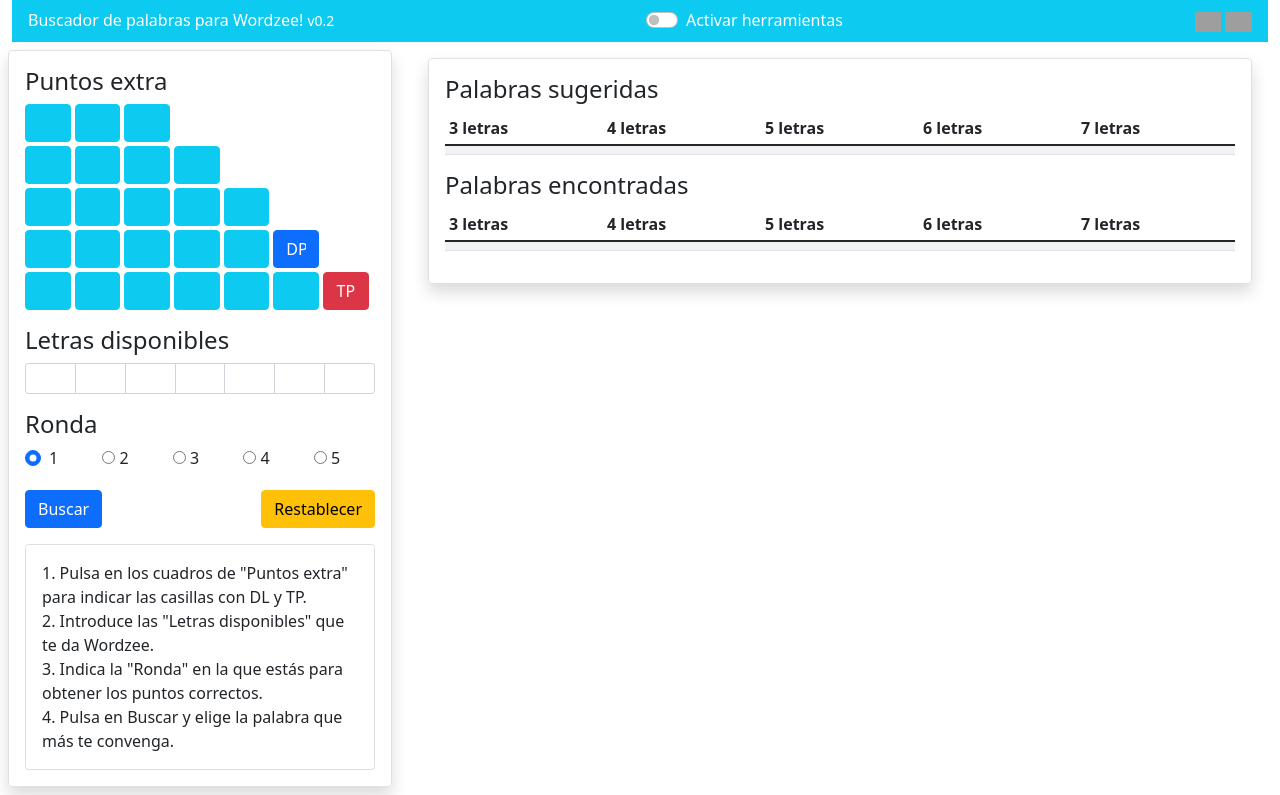
Repository: angelcafe/wordzee-bp_javascript
Page: index.html
The author's editor kept a copy of each file at every save. The page is drawn from the files as they stood at one save, then again after the next save.
The browser window is 1280 px wide. The pictures show the whole page.
Pictures or frames that could not be fetched are drawn as grey boxes.

Above is the page before, as saved 2021-10-22 23:12:57.

### index.html
<!DOCTYPE html>
<html lang="es">

<head>
    <meta charset="UTF-8">
    <meta name="viewport" content="width=device-width, initial-scale=1">
    <meta http-equiv="Expires" content="0">
    <meta http-equiv="Last-Modified" content="0">
    <meta http-equiv="Cache-Control" content="no-cache, mustrevalidate">
    <meta http-equiv="Pragma" content="no-cache">
    <link rel="icon" href="favicon.ico" type="image/ico" />
    <link rel="stylesheet" href="https://cdn.jsdelivr.net/npm/bootstrap@5.1.3/dist/css/bootstrap.min.css" integrity="sha384-1BmE4kWBq78iYhFldvKuhfTAU6auU8tT94WrHftjDbrCEXSU1oBoqyl2QvZ6jIW3" crossorigin="anonymous">
    <link rel="stylesheet" href="https://cdn.jsdelivr.net/npm/bootstrap-icons@1.5.0/font/bootstrap-icons.css">
    <link rel="stylesheet" href="index.css">
    <title>Busca palabras</title>
</head>

<body>
    <div class="container-fluid">
        <!-- Cabecera -->
        <nav class="nav d-flex justify-content-between bg-info">
            <li class="nav-item">
                <span class="nav-link text-white">Buscador de palabras para Wordzee! <small>v0.2</small></span>
            </li>
            <li class="nav-item">
                <div class="nav-link text-white form-check form-switch">
                    <input class="form-check-input" type="checkbox" role="switch" id="idActivarHerramientas">
                    <label class="form-check-label" for="idActivarHerramientas">Activar herramientas</label>
                </div>
            </li>
            <li class="nav-item">
                <span class="nav-link">
                    <a href="https://www.facebook.com/BuscaPalabras-para-Wordzee-106324508497974" target="_blank"><img src="https://upload.wikimedia.org/wikipedia/commons/5/51/Facebook_f_logo_%282019%29.svg" height="20"></a>
                    <a href="https://t.me/buscadorwordzee" target="_blank"><img src="https://upload.wikimedia.org/wikipedia/commons/thumb/8/83/Telegram_2019_Logo.svg/2048px-Telegram_2019_Logo.svg.png" height="20"></a>
                </span>
            </li>
        </nav>
        <div class="row">
            <!-- Principal -->
            <div class="col border shadow rounded m-2 p-3 principal">
                <form name="principal" method="POST">
                    <div id="idPuntosExtra">
                        <h4>Puntos extra</h4>
                        <div class="p-0 mb-1">
                            <input type="text" name="pal3let1" class="btn btn-info" value="" readonly>
                            <input type="text" name="pal3let2" class="btn btn-info" value="" readonly>
                            <input type="text" name="pal3let3" class="btn btn-info" value="" readonly>
                        </div>
                        <div class="p-0 mb-1">
                            <input type="text" name="pal4let1" id="pal4let1" class="btn btn-info" value="" readonly>
                            <input type="text" name="pal4let2" id="pal4let2" class="btn btn-info" value="" readonly>
                            <input type="text" name="pal4let3" id="pal4let3" class="btn btn-info" value="" readonly>
                            <input type="text" name="pal4let4" id="pal4let4" class="btn btn-info" value="" readonly>
                        </div>
                        <div class="p-0 mb-1">
                            <input type="text" name="pal5let1" id="pal5let1" class="btn btn-info" value="" readonly>
                            <input type="text" name="pal5let2" id="pal5let2" class="btn btn-info" value="" readonly>
                            <input type="text" name="pal5let3" id="pal5let3" class="btn btn-info" value="" readonly>
                            <input type="text" name="pal5let4" id="pal5let4" class="btn btn-info" value="" readonly>
                            <input type="text" name="pal5let5" id="pal5let5" class="btn btn-info" value="" readonly>
                        </div>
                        <div class="p-0 mb-1">
                            <input type="text" name="pal6let1" id="pal6let1" class="btn btn-info" value="" readonly>
                            <input type="text" name="pal6let2" id="pal6let2" class="btn btn-info" value="" readonly>
                            <input type="text" name="pal6let3" id="pal6let3" class="btn btn-info" value="" readonly>
                            <input type="text" name="pal6let4" id="pal6let4" class="btn btn-info" value="" readonly>
                            <input type="text" name="pal6let5" id="pal6let5" class="btn btn-info" value="" readonly>
                            <input type="text" name="pal6let6" id="pal6let6" class="btn btn-info" value="" readonly>
                        </div>
                        <div class="p-0 mb-3">
                            <input type="text" name="pal7let1" id="pal7let1" class="btn btn-info" value="" readonly>
                            <input type="text" name="pal7let2" id="pal7let2" class="btn btn-info" value="" readonly>
                            <input type="text" name="pal7let3" id="pal7let3" class="btn btn-info" value="" readonly>
                            <input type="text" name="pal7let4" id="pal7let4" class="btn btn-info" value="" readonly>
                            <input type="text" name="pal7let5" id="pal7let5" class="btn btn-info" value="" readonly>
                            <input type="text" name="pal7let6" id="pal7let6" class="btn btn-info" value="" readonly>
                            <input type="text" name="pal7let7" id="pal7let7" class="btn btn-info" value="" readonly>
                        </div>
                    </div>
                    <div id="idLetrasDisponibles">
                        <h4>Letras disponibles</h4>
                        <div class="input-group input-group-sm mb-3" id="letras">
                            <input type="text" name="letra1" size="1" maxlength="1" autocomplete="off" required="required" class="form-control text-uppercase" value="">
                            <input type="text" name="letra2" size="1" maxlength="1" autocomplete="off" required="required" class="form-control text-uppercase" value="">
                            <input type="text" name="letra3" size="1" maxlength="1" autocomplete="off" required="required" class="form-control text-uppercase" value="">
                            <input type="text" name="letra4" size="1" maxlength="1" autocomplete="off" required="required" class="form-control text-uppercase" value="">
                            <input type="text" name="letra5" size="1" maxlength="1" autocomplete="off" required="required" class="form-control text-uppercase" value="">
                            <input type="text" name="letra6" size="1" maxlength="1" autocomplete="off" required="required" class="form-control text-uppercase" value="">
                            <input type="text" name="letra7" size="1" maxlength="1" autocomplete="off" required="required" class="form-control text-uppercase" value="">
                        </div>
                    </div>
                    <div id="idRonda">
                        <h4>Ronda</h4>
                        <div class="form-check form-check-inline mb-3">
                            <input type="radio" name="ronda" value="1" class="form-check-input" checked>
                            <label class="form-check-label" for="idRonda1">1</label>
                        </div>
                        <div class="form-check form-check-inline mb-3">
                            <input type="radio" name="ronda" value="2" class="custom-control-input">
                            <label class="custom-control-label" for="idRonda2">2</label>
                        </div>
                        <div class="form-check form-check-inline mb-3">
                            <input type="radio" name="ronda" value="3" class="custom-control-input">
                            <label class="custom-control-label" for="idRonda3">3</label>
                        </div>
                        <div class="form-check form-check-inline mb-3">
                            <input type="radio" name="ronda" value="4" class="custom-control-input">
                            <label class="custom-control-label" for="idRonda4">4</label>
                        </div>
                        <div class="form-check form-check-inline mb-3">
                            <input type="radio" name="ronda" value="5" class="custom-control-input">
                            <label class="custom-control-label" for="idRonda5">5</label>
                        </div>
                        <div class="btn-toolbar justify-content-between mt-1">
                            <button type="submit" class="btn btn-primary">Buscar</button>
                            <button type="button" onclick="restablecer()" class="btn btn-warning">Restablecer</button>
                        </div>
                    </div>
                </form>
                <div class="card mt-3">
                    <div class="card-body">
                        1. Pulsa en los cuadros de "Puntos extra" para indicar las casillas con DL y TP.
                        <br>
                        2. Introduce las "Letras disponibles" que te da Wordzee.
                        <br>
                        3. Indica la "Ronda" en la que estás para obtener los puntos correctos.
                        <br>
                        4. Pulsa en Buscar y elige la palabra que más te convenga.
                    </div>
                </div>
            </div>
            <!-- Herramientas -->
            <div class="col border col m-3 p-3 shadow rounded d-none">
                <div class="herramientas">
                    <h4>Herramientas</h4>
                    <form class="row">
                        <div class="col">Palabra nueva:</div>
                        <div class="col">
                            <input name="palabraGuardar" id="palabraGuardar" type="text" minlength="3" maxlength="7" autocomplete="off" required="required" class="form-control text-uppercase" value="">
                        </div>
                        <div class="col">
                            <button id="idGuardar" type="button" class="btn btn-primary">Guardar</button>
                        </div>
                    </form>
                    <form class="row mt-3">
                        <div class="col">Borrar palabra:</div>
                        <div class="col">
                            <input name="palabraBorrar" id="palabraBorrar" type="text" minlength="3" maxlength="7" autocomplete="off" required="required" class="form-control text-uppercase" value="">
                        </div>
                        <div class="col">
                            <button id="idBorrar" type="button" class="btn btn-danger">Borrar</button>
                        </div>
                    </form>
                    <form class="row mt-3">
                        <div class="col">Exportar JSON:</div>
                        <div class="col"></div>
                        <div class="col">
                            <button type="button" onclick="palabras.exportar()" class="btn btn-primary">Exportar</button>
                        </div>
                    </form>
                    <form class="row mt-3">
                        <div class="col">Importar JSON:</div>
                        <div class="col custom-file">
                            <input type="file" class="custom-file-input" accept=".json" id="formFile" required="required">
                            <label class="custom-file-label" for="formFile" data-browse="Elegir"></label>
                        </div>
                        <div class="col input-group-append">
                            <button type="button" class="btn btn-warning" onclick="palabras.importar()">Importar</button>
                        </div>
                    </form>
                </div>
            </div>
        <!-- Palabras sugeridas -->
            <div class="col">
            <div class="border col m-3 p-3 shadow rounded">
                <h4>Palabras sugeridas</h4>
                <table class="table table-sm table-striped table-hover">
                    <thead>
                        <tr>
                            <th>3 letras</th>
                            <th>4 letras</th>
                            <th>5 letras</th>
                            <th>6 letras</th>
                            <th>7 letras</th>
                        </tr>
                    </thead>
                    <tbody>
                        <tr>
                            <td class="noselect"></td>
                            <td class="noselect"></td>
                            <td class="noselect"></td>
                            <td class="noselect"></td>
                            <td class="noselect"></td>
                        </tr>
                    </tbody>
                </table>
                <!-- Palabras encontradas -->
                <h4>Palabras encontradas</h4>
                <table class="table table-sm table-striped table-hover">
                    <thead>
                        <tr>
                            <th>3 letras</th>
                            <th>4 letras</th>
                            <th>5 letras</th>
                            <th>6 letras</th>
                            <th>7 letras</th>
                        </tr>
                    </thead>
                    <tbody>
                        <tr>
                            <td class="menu palenc noselect"></td>
                            <td class="menu palenc noselect"></td>
                            <td class="menu palenc noselect"></td>
                            <td class="menu palenc noselect"></td>
                            <td class="menu palenc noselect"></td>
                        </tr>
                    </tbody>
                </table>
            </div>
        </div>
    </div>
    <div id="modalAlert" class="modal fade" tabindex="-1">
        <div class="modal-dialog">
            <div class="modal-content">
                <div class="modal-header">
                    <h5 class="modal-title"></h5>
                    <button type="button" class="close" data-dismiss="modal" aria-label="Close"></button>
                </div>
                <div class="modal-body">
                    <p>Importación finalizada.</p>
                </div>
                <div class="modal-footer">
                    <button type="button" class="close" data-dismiss="modal" aria-label="Cerrar">
                        <span aria-hidden="true">&times;</span>
                    </button>
                </div>
            </div>
        </div>
    </div>
    <div id="menu">
        <div>
            <i class="bi bi-eraser-fill"></i> Borrar <span id="idBorrarPalabra"></span> de la Base de Datos
        </div>
    </div>
    <script src="https://cdn.jsdelivr.net/npm/bootstrap@5.1.3/dist/js/bootstrap.bundle.min.js" integrity="sha384-ka7Sk0Gln4gmtz2MlQnikT1wXgYsOg+OMhuP+IlRH9sENBO0LRn5q+8nbTov4+1p" crossorigin="anonymous"></script>
    <script src="index.js"></script>
</body>

</html>

### index.css
.herramientas {
    max-width: 26em;
    min-width: 24em;
}
.noselect {
    -webkit-touch-callout: none; /* iOS Safari */
    -webkit-user-select: none; /* Safari */
    -khtml-user-select: none; /* Konqueror HTML */
    -moz-user-select: none; /* Firefox */
    -ms-user-select: none; /* Internet Explorer/Edge */
    user-select: none; /* Non-prefixed version, currently
    supported by Chrome and Opera */
}
.palenc {
    cursor: pointer;
}
.principal {
    max-width: 24em;
    min-width: 24em;
}
.rosa {
    background-color: pink;
}
#idPuntosExtra input {
    width: 13%;
}
#idBorrarPalabra,
#idBotonBuscaPalabras {
    cursor: pointer;
}
#menu {
    position: absolute;
    display: none;
    padding: 0px;
    font-family: sans-serif;
    font-size: 15px;
    background: #fff;
    color: #555;
    border: 1px solid #C6C6C6;
    -webkit-transition: opacity .5s ease-in-out;
    -moz-transition: opacity .5s ease-in-out;
    transition: opacity .5s ease-in-out;
    -webkit-box-shadow: 2px 2px 2px 0px rgba(143, 144, 145, 1);
    -moz-box-shadow: 2px 2px 2px 0px rgba(143, 144, 145, 1);
    box-shadow: 2px 2px 2px 0px rgba(143, 144, 145, 1);
}
#menu div {
    display: block;
    color: #555;
    text-decoration: none;
    padding: 6px 8px 6px 8px;
    width: 294px;
    position: relative;
}
#menu div img,
#menu div i.fa {
    height: 20px;
    font-size: 17px;
    width: 20px;
    position: absolute;
    left: 5px;
    top: 2px;
}
#menu span:hover {
    color: #fff;
    background: #69a0f1;
}
#menu span {
    font-weight: bold;
}

Loaded but not shown: index.js (203 lines, source omitted)

After the next save:
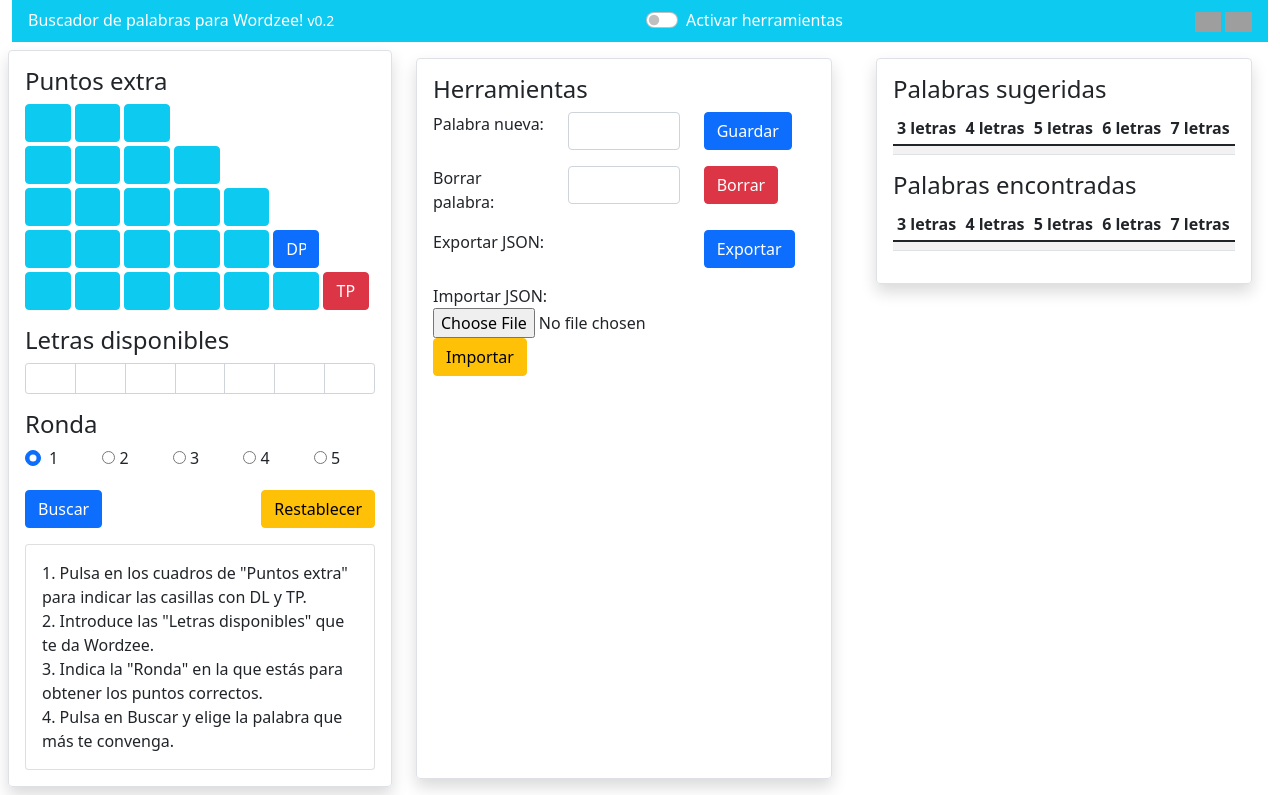
Saved 41 s later.
--- a/index.html
+++ b/index.html
@@ -130,8 +130,8 @@
                 </div>
             </div>
             <!-- Herramientas -->
-            <div class="col border col m-3 p-3 shadow rounded d-none">
-                <div class="herramientas">
+            <div class="col border col m-3 p-3 shadow rounded herramientas">
+                <div id="idHerramientas">
                     <h4>Herramientas</h4>
                     <form class="row">
                         <div class="col">Palabra nueva:</div>

After the save that followed:
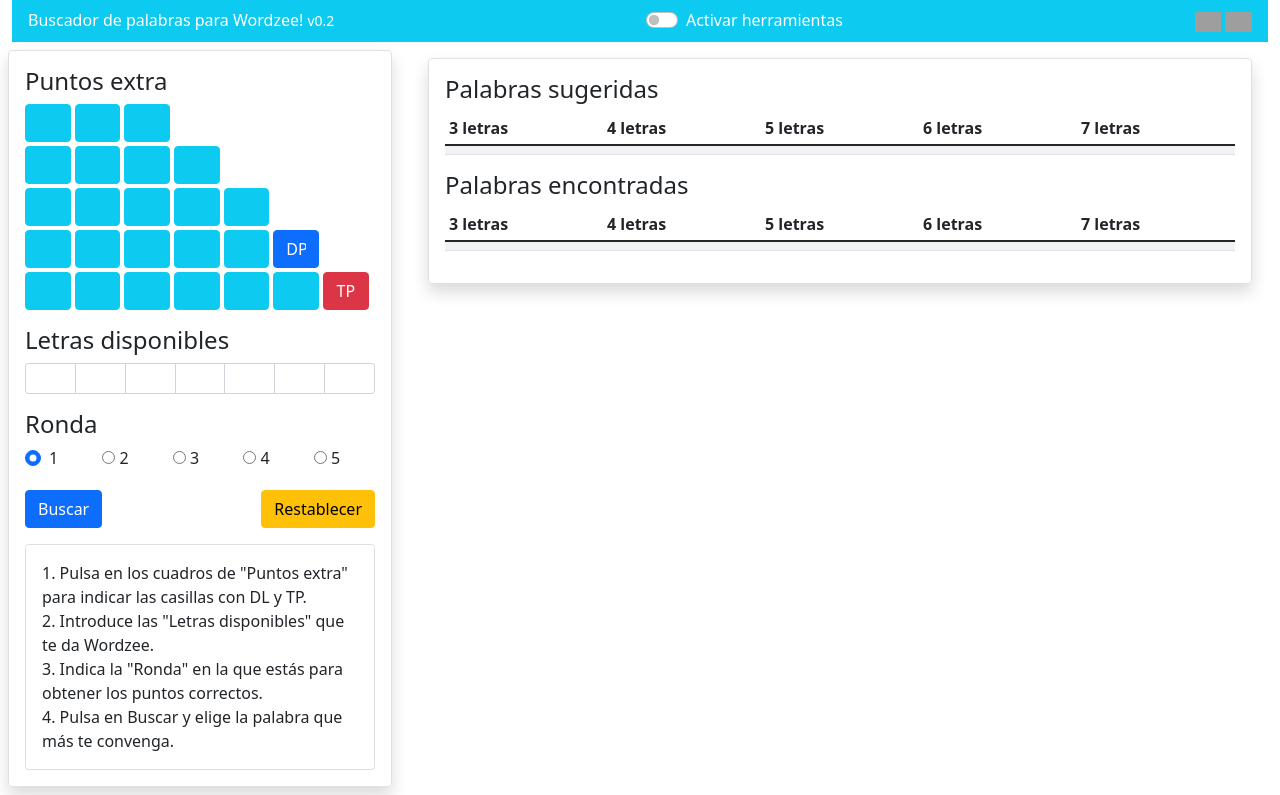
Saved 17 s later.
--- a/index.css
+++ b/index.css
@@ -1,4 +1,5 @@
 .herramientas {
+    display: none;
     max-width: 26em;
     min-width: 24em;
 }
